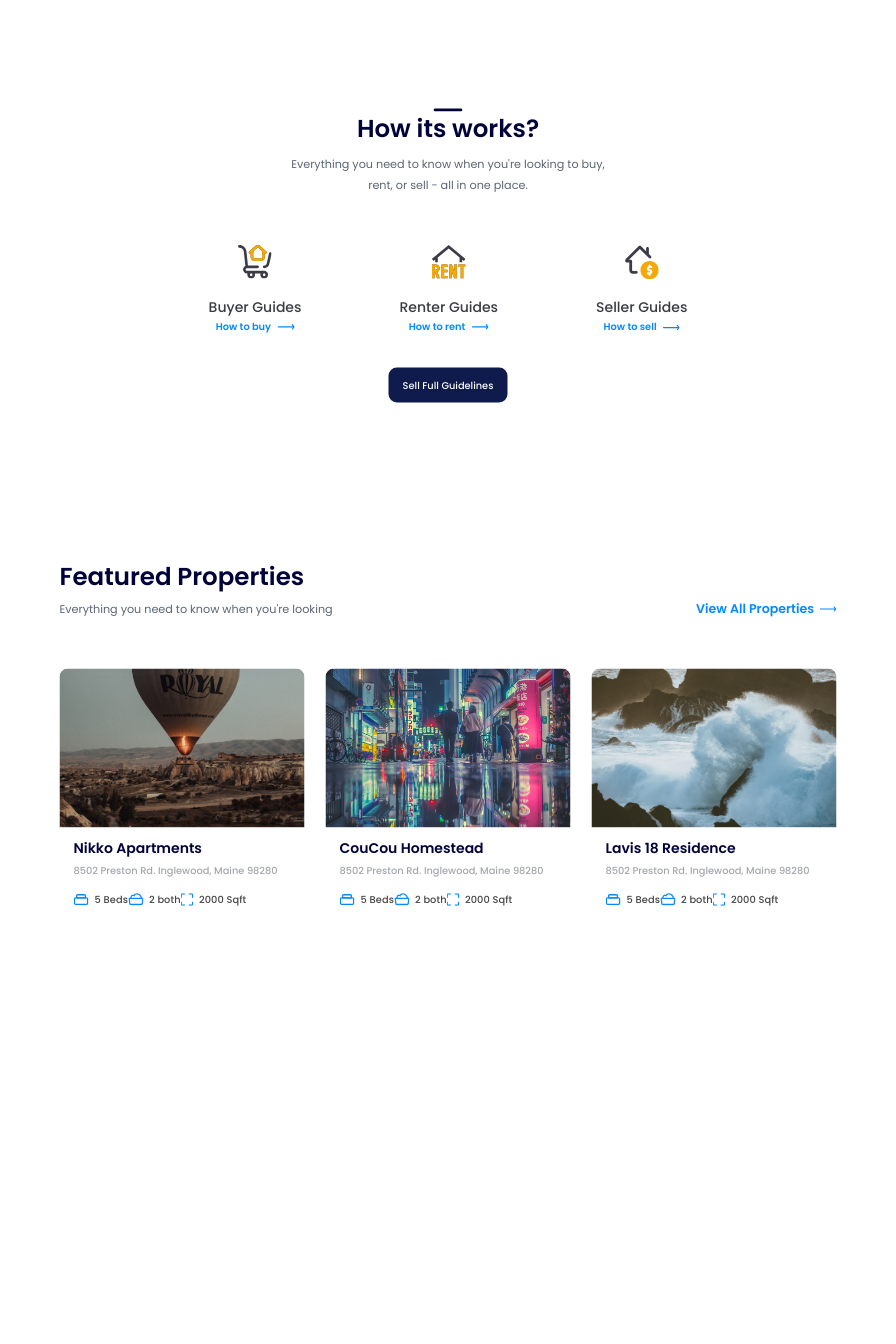
Repository: Tctiensk/f8-htmlcss-01
Page: index.html
An editor plug-in stored every save of this project. The page is shown before and after the next save, followed by the edit.
The browser window is 1280 px wide. The pictures show the part of the page from y = 1080 to 3000 px (the page is 3000 px tall), at 70% of full size.

Above is the page before, as saved 2022-12-04 12:09:44.

After the next save:
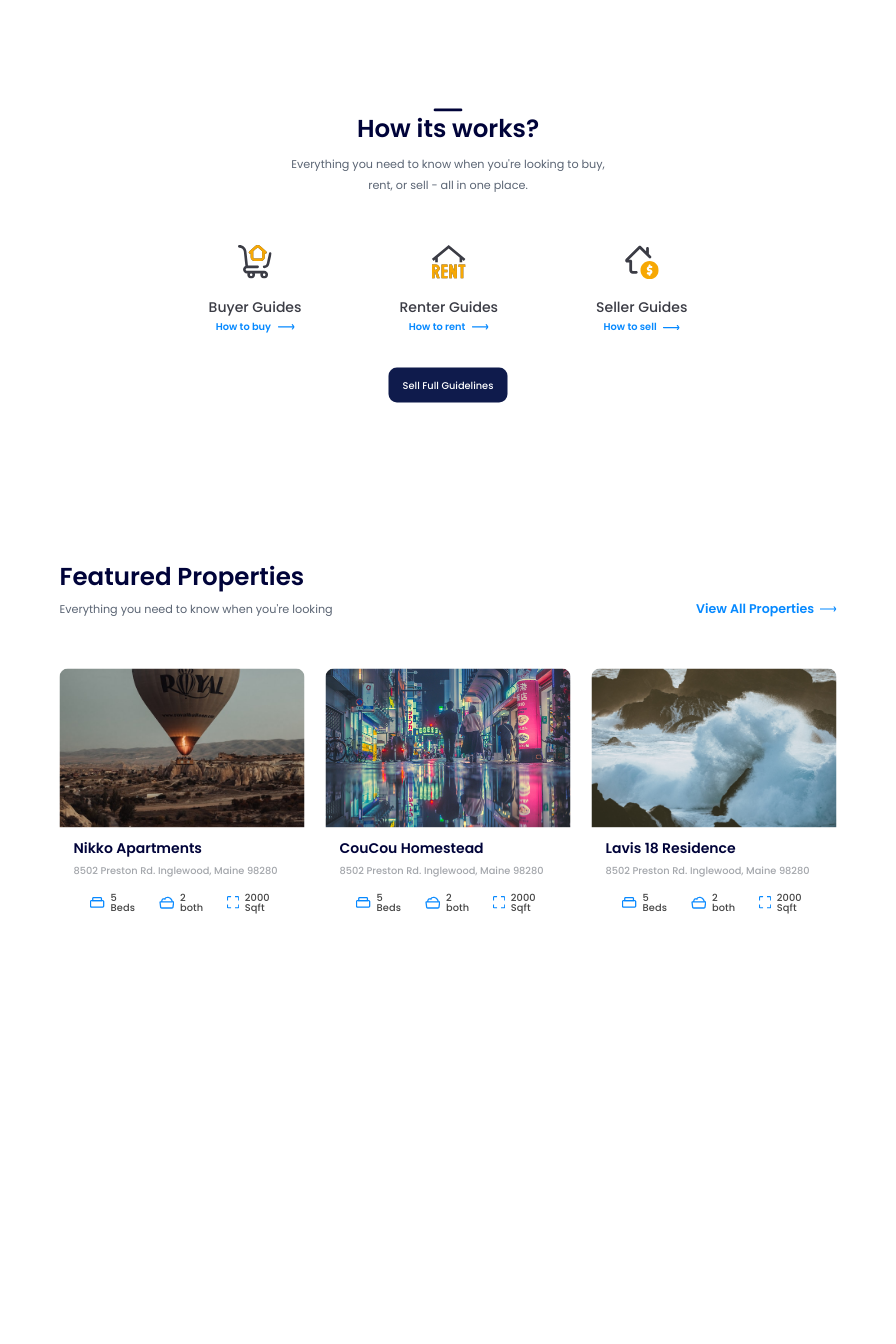
Saved 8 s later.
--- a/assets/css/style.css
+++ b/assets/css/style.css
@@ -279,5 +279,5 @@
     color: #444444;
 }
 .featured .item .icon {
-    .featured .item;
-}
+    margin-left: 23px;
+}
